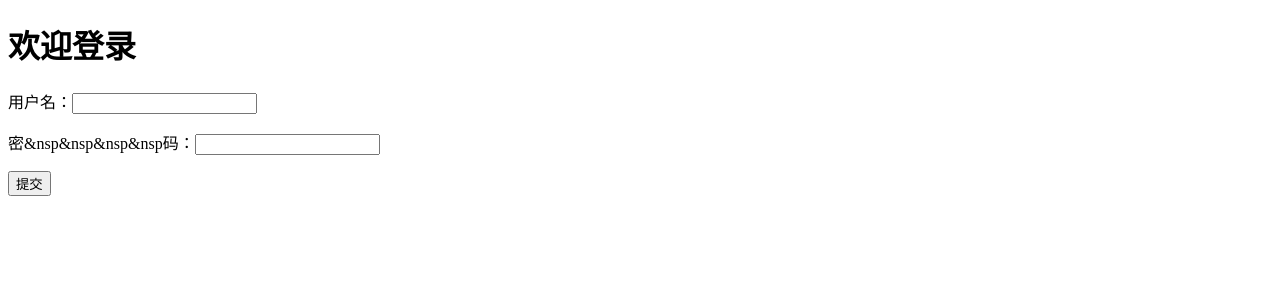
Repository: Nicoleqwerty/2018-
Page: web/hw3/WebContent/Login.html
An editor plug-in stored every save of this project. The page is shown before and after the next save, followed by the edit.
The browser window is 1280 px wide. The pictures show the whole page.

Above is the page before, as saved 2018-07-03 10:37:42.

### web/hw3/WebContent/Login.html
<!DOCTYPE html>
<html>
<head>
<meta charset="UTF-8">
<title>登录</title>
</head>
<body>
<h1>欢迎登录</h1>
<div>
<p align="left">用户名：<input id="uname" type="text" ></p>
<p align="left">密&nsp&nsp&nsp&nsp码：<input id="mm" type="text"></p>
<input type="button" value="提交">
</div>
</body>
</html>

After the next save:
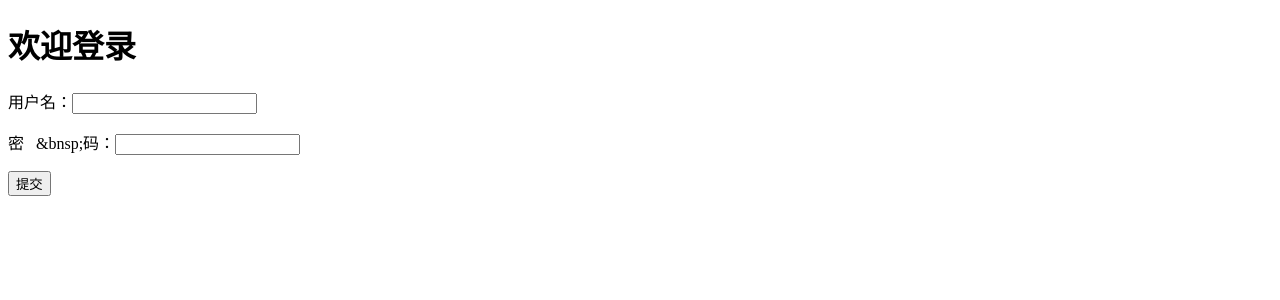
Saved 30 s later.
--- a/web/hw3/WebContent/Login.html
+++ b/web/hw3/WebContent/Login.html
@@ -8,7 +8,7 @@
 <h1>欢迎登录</h1>
 <div>
 <p align="left">用户名：<input id="uname" type="text" ></p>
-<p align="left">密&nsp&nsp&nsp&nsp码：<input id="mm" type="text"></p>
+<p align="left">密&nbsp;&nbsp;&nbsp;&bnsp;码：<input id="mm" type="text"></p>
 <input type="button" value="提交">
 </div>
 </body>
